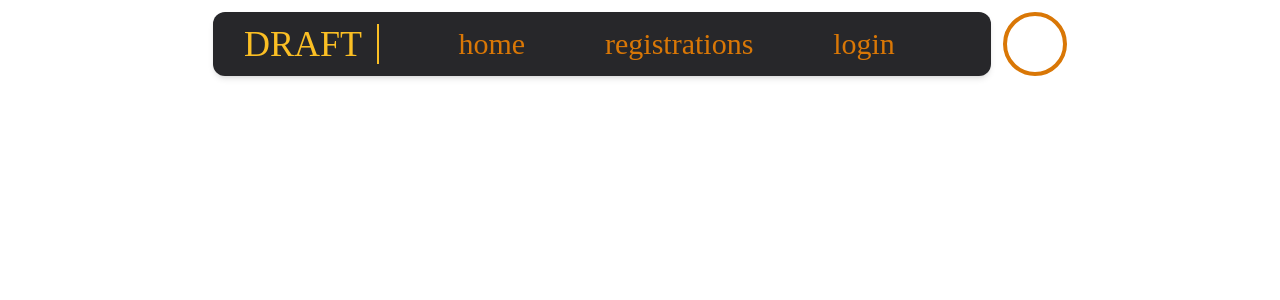
Repository: MehediMim/LeagueCrafter--Online-Auction-Platform-Project
Page: / (app in my-app/)
An editor plug-in stored every save of this project. The page is shown before and after the next save, followed by the edit.
The browser window is 1280 px wide. The pictures show the whole page.
Some web fonts or font styles are not loaded; a fallback is used. The project was rebuilt for these pictures with package versions that can differ from the ones it lists, and the page was loaded fresh each time. Also part of the build but not shown: my-app/vite.config.js, my-app/src/pages/Dashboard.jsx, my-app/src/pages/Login.jsx.

Above is the page before, as saved 2025-05-25 01:36:36.

### my-app/src/main.jsx
import { StrictMode } from 'react'
import { createRoot } from 'react-dom/client'
import React from 'react';
import ReactDOM from 'react-dom/client';
import './index.css'
import App from './App.jsx'
import { Auth0Provider } from '@auth0/auth0-react';
console.log("HELLO WORLD");
console.log('Domain:', import.meta.env.VITE_AUTH0_DOMAIN);
console.log('Client ID:', import.meta.env.VITE_AUTH0_CLIENT_ID);
console.log("HELLO WORLD");

ReactDOM.createRoot(document.getElementById('root')).render(
<React.StrictMode>
  <Auth0Provider
    domain={import.meta.env.VITE_AUTH0_DOMAIN}
    clientId={import.meta.env.VITE_AUTH0_CLIENT_ID}
    authorizationParams={{

      redirect_uri: window.location.origin,
      audience: import.meta.env.VITE_AUTH0_AUDIENCE
    }}
  >
    <App />
  </Auth0Provider>
</React.StrictMode>
);

### my-app/src/index.css
@import url('https://fonts.googleapis.com/css2?family=Bebas+Neue&display=swap');
@import url('https://fonts.googleapis.com/css2?family=Raleway:wght@400;700&display=swap');
@import url('https://fonts.googleapis.com/css2?family=Jaro&display=swap');
@import url('https://fonts.googleapis.com/css2?family=WDXL+Lubrifont+TC&display=swap');


@tailwind base;
@tailwind components;
@tailwind utilities;



:root {
  font-family: system-ui, Avenir, Helvetica, Arial, sans-serif;
  line-height: 1.5;
  font-weight: 400;

  color-scheme: light dark;
  color: rgba(255, 255, 255, 0.87);
  background-color: #242424;

  font-synthesis: none;
  text-rendering: optimizeLegibility;
  -webkit-font-smoothing: antialiased;
  -moz-osx-font-smoothing: grayscale;
}

a {
  font-weight: 500;
  color: #646cff;
  text-decoration: inherit;
}
a:hover {
  color: #535bf2;
}

body {
  margin: 0;
  display: flex;
  place-items: center;
  min-width: 320px;
  min-height: 100vh;
}

h1 {
  font-size: 3.2em;
  line-height: 1.1;
}

button {
  border-radius: 8px;
  border: 1px solid transparent;
  padding: 0.6em 1.2em;
  font-size: 1em;
  font-weight: 500;
  font-family: inherit;
  background-color: #1a1a1a;
  cursor: pointer;
  transition: border-color 0.25s;
}
button:hover {
  border-color: #646cff;
}
button:focus,
button:focus-visible {
  outline: 4px auto -webkit-focus-ring-color;
}

@media (prefers-color-scheme: light) {
  :root {
    color: #213547;
    background-color: #ffffff;
  }
  a:hover {
    color: #747bff;
  }
  button {
    background-color: #f9f9f9;
  }
}

### my-app/src/App.jsx
import { BrowserRouter, Routes, Route } from "react-router-dom";
import Navbar from "./components/Navbar";
import Home from "./pages/Home";
import Dashboard from "./pages/Dashboard";
import Login from "./pages/Login";


export default function App() {
  return (
    <BrowserRouter>
      <Navbar />
      <Routes>
        <Route path="/" element={<Home />} />
        <Route path="/dashboard" element={<Dashboard />} />
        <Route path="/login" element={<Login />} />
        {/* <Route path="/auction" element={<AuctionRoom />} /> */}
        {/* <Route path="*" element={<NotFound />} /> */}
      </Routes>
    </BrowserRouter>
  );
}

### my-app/src/components/Navbar.jsx
import { Link } from "react-router-dom";
import { useAuth0 } from "@auth0/auth0-react";

export default function Navbar(params) {

  const { user, isAuthenticated, isLoading, loginWithRedirect, logout } = useAuth0();

  return (
    <div className="h-16 w-screen absolute top-3 z-50 flex justify-center">
      <div className="w-2/3 flex justify-center">
        <div className="bg-zinc-800 shadow-md p-4 rounded-xl w-full flex items-center">
          {/* <div className="w-auto h-auto rounded-xl m-4 flex p-4"> */}
          <div className="w-1/4 border-r-2 border-amber-400 flex justify-center">
            <Link><h1 className="font-jaro text-4xl text-amber-400 hover:text-white">DRAFT</h1></Link>
          </div>
          <div className="w-full flex justify-evenly   items-center">
            <Link to="/" className="text-amber-600 hover:text-white"><h1 className="text-3xl font-jaro">home</h1></Link>
            <Link className="text-amber-600 hover:text-white"><h1 className="text-3xl font-jaro">registrations</h1></Link>
            {!isAuthenticated && <Link to="/login" className="text-amber-600 hover:text-white"><h1 className="text-3xl  font-jaro">login</h1></Link>}
            {isAuthenticated && <Link to="/dashboard" className="text-amber-600 hover:text-white"><h1 className="text-3xl  font-jaro">dashboard</h1></Link>}

          </div>
          {/* </div> */}
        </div>
        <div className=" h-16 w-16  ml-3">
          <div className="rounded-full border-amber-600 border-4 h-16 w-16">

          </div>
        </div>
      </div>
    </div>
  )
};

### my-app/src/pages/Home.jsx
export default function Home(params) {
    return (
        <div className="flex justify-center item-center w-screen">
            <div className="justify-start flex flex-col">
                <div>
                    <h1 className="text-xl font-raleway text-white font-bold">Your Squad, Your Strategy — Build It Live!</h1>
                </div>
                <div className="flex justify-start pt-2">
                <button className="font-jaro text-white hover:bg-white hover:text-black">Create</button>
                </div>
            </div>
        </div>
    )
};

### my-app/tailwind.config.js
/** @type {import('tailwindcss').Config} */
export default {
  content: [
    "./index.html",
    "./src/**/*.{js,ts,jsx,tsx}",
  ],
  theme: {
    extend: {
      fontFamily: {
        bebas: ['"Bebas Neue"', 'cursive'],
        raleway: ['Raleway', 'sans-serif'],
        jaro: ['Jaro', 'cursive'],
        lubrifont: ['Lubrifont', 'sans-serif'],
      },
    },
  },
  plugins: [],
}

Loaded but not shown: my-app/index.html (common file)

After the next save:
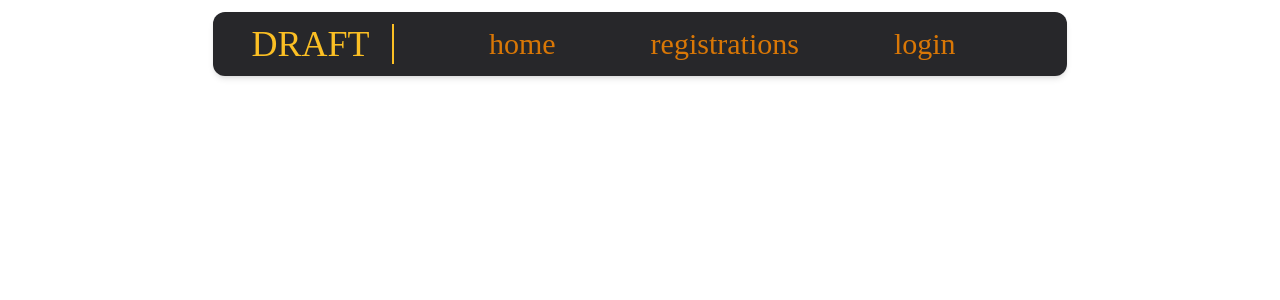
Saved 22 s later.
--- a/my-app/src/components/Navbar.jsx
+++ b/my-app/src/components/Navbar.jsx
@@ -22,11 +22,12 @@ export default function Navbar(params) {
           </div>
           {/* </div> */}
         </div>
-        <div className=" h-16 w-16  ml-3">
+        {isAuthenticated && <div className=" h-16 w-16  ml-3">
           <div className="rounded-full border-amber-600 border-4 h-16 w-16">
 
           </div>
         </div>
+        }
       </div>
     </div>
   )
